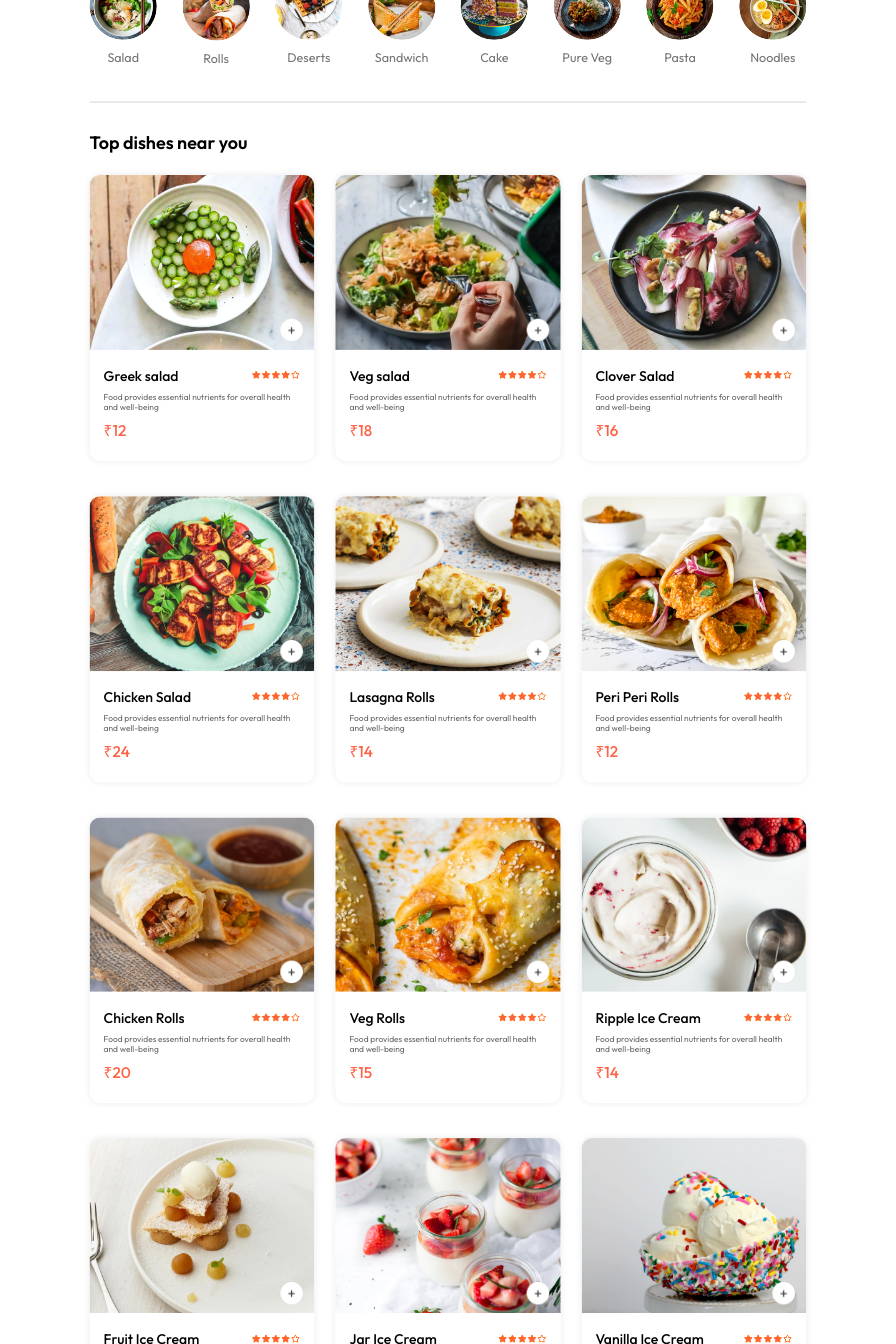
Repository: KartikChouhan03/food-delivery-app
Page: / (app in frontend/), after clicking the first element matching `button`
The author's editor kept a copy of each file at every save. The page is drawn from the files as they stood at one save, then again after the next save.
The browser window is 1280 px wide. The pictures show the part of the page from y = 777 to 2697 px (the page is 6025 px tall before and 1027 px after), at 70% of full size.
Some web fonts or font styles are not loaded; a fallback is used. The project was rebuilt for these pictures with package versions that can differ from the ones it lists, and the page was loaded fresh each time. Also part of the build but not shown: frontend/vite.config.js, frontend/src/pages/Cart/Cart.css, frontend/src/pages/Cart/Cart.jsx, frontend/src/pages/PlaceOrder/PlaceOrder.css, frontend/src/pages/PlaceOrder/PlaceOrder.jsx.

Above is the page before, as saved 2025-08-16 01:07:00.

### frontend/index.html
<!doctype html>
<html lang="en">
  <head>
    <meta charset="UTF-8" />
    <link rel="icon" type="image/svg+xml" href="" />
    <meta name="viewport" content="width=device-width, initial-scale=1.0" />
    <title>Foodify</title>
  </head>
  <body>
    <div id="root"></div>
    <script type="module" src="/src/main.jsx"></script>
  </body>
</html>

### frontend/src/main.jsx
import { createRoot } from 'react-dom/client'
import './index.css'
import App from './App.jsx'
import { BrowserRouter} from 'react-router-dom'
import StoreContextProvider from './context/StoreContext.jsx'


createRoot(document.getElementById('root')).render(
  <BrowserRouter>
    <StoreContextProvider>
      <App />
    </StoreContextProvider>
  </BrowserRouter>


)

### frontend/src/index.css

@import url('https://fonts.googleapis.com/css2?family=Montserrat:ital,wght@0,100..900;1,100..900&family=Outfit:wght@100..900&family=Playfair+Display:ital,wght@0,400..900;1,400..900&display=swap');


*{
  padding: 0;
  margin: 0;
  box-sizing: border-box;
  font-family: Outfit;
}

body{
  min-height: 100vh;
}

a{
  text-decoration: none;
  color: inherit;
}

.app{
  width: 80%;
  margin: auto;
}

@keyframes fadeIn{
  0%{
    opacity: 0;
  }
  100%{
    opacity: 1;
  }
}

### frontend/src/App.jsx
import React from 'react'
import Navbar from './components/Navbar/Navbar'
import { Route, Routes } from 'react-router-dom'
import Home from './pages/Home/Home'
import Cart from './pages/Cart/Cart'
import PlaceOrder from './pages/PlaceOrder/PlaceOrder'


const App = () => {
  return (
    <div className='app'>
      <Navbar/>
      <Routes>
        <Route path="/" element={<Home />} />
        <Route path="/cart" element={<Cart />} />
        <Route path="/order" element={<PlaceOrder/>} />
      </Routes>
    </div>
  )
}

export default App

### frontend/src/context/StoreContext.jsx
import { createContext, useEffect, useState } from "react";
import { food_list } from "../assets/assets";


export const StoreContext = createContext(null)

const StoreContextProvider = (props) =>{

    const [cartItems, setCartItems] = useState({});

    const addToCart =(itemId)=>{
        if(!cartItems[itemId]){
            setCartItems((prev)=>({...prev,[itemId]:1}))
        }
        else{
            setCartItems((prev)=>({...prev,[itemId]:prev[itemId]+1}))
        }
    }

    const removeFromCart =(itemId) =>{
        setCartItems((prev)=>({...prev,[itemId]:prev[itemId]-1}))
    }

    useEffect(()=>{
        console.log(cartItems);
    },[cartItems])


    const contextValue = {
        food_list,
        cartItems,
        setCartItems,
        addToCart,
        removeFromCart,
    }



    return (
        <StoreContext.Provider value ={contextValue}>
            {props.children}
        </StoreContext.Provider>
    )

}

export default StoreContextProvider;

### frontend/src/components/Navbar/Navbar.jsx
import React, { useState } from 'react'
import './Navbar.css'
import {assets} from '../../assets/assets.js'


const Navbar = () => {

  const [menu,setMenu] = useState("home");


  return (
    <div className='navbar'>
      <img className='logo' src={assets.logo} alt="" />
      <ul className='navbar-menu'>
        <li onClick={()=>setMenu("home")} className={menu==="home"?"active":""}>home</li>
        <li onClick={()=>setMenu("menu")} className={menu==="menu"?"active":""}>menu</li>
        <li onClick={()=>setMenu("mobile-app")} className={menu==="mobile-app"?"active":""}>mobile-app</li>
        <li onClick={()=>setMenu("contact-us")} className={menu==="contact-us"?"active":""}>contact us</li>
      </ul>
      <div className="navbar-right">
        <img src={assets.search_icon} alt="" />
        <div className='navbar-search-icon'>
          <img src={assets.basket_icon} alt="" />
          <div className='dot'></div>
        </div>
        <button>Sign in</button>
      </div>
    </div>
  )
}

export default Navbar

### frontend/src/pages/Home/Home.jsx
import React, { useState } from 'react'
import './Home.css'
import Header from '../../components/Header/Header'
import ExploreMenu from '../../components/ExploreMenu/ExploreMenu'
import FoodDisplay from '../../components/FoodDisplay/FoodDisplay'

const Home = () => {

    const [category,setCategory] = useState("All");

  return (
    <div>
      <Header/>
      <ExploreMenu category={category} setCategory={setCategory} />
      <FoodDisplay category={category}/>
    </div>
  )
}

export default Home

### frontend/src/components/Navbar/Navbar.css
.navbar{
    padding: 20px 0px;
    display: flex;
    justify-content: space-between;
    align-items: center;
}

.navbar .logo{
    width: 150px;
}

.navbar-menu{
    display: flex;
    list-style: none;
    gap: 20px;
    color: #49557e;
    font-size: 18px;
}

.navbar-right{
    display: flex;
    align-items: center;
    gap: 40px;
}

.navbar button{
    background: transparent;
    font-size: 16px;
    color: #49557e;
    border: 1px solid tomato;
    padding: 10px 30px;
    border-radius: 50px;
    cursor: pointer;
    transition: 0.4s;
}

.navbar button:hover{
    background-color: #fff4f2;
}

.navbar .active{
    padding-bottom: 2px;
    border-bottom: 2px solid #49557e;
}

.navbar li{
    cursor: pointer;
}

.navbar-search-icon {
    position: relative;
}

.navbar-search-icon .dot{
    position: absolute;
    min-width: 10px;
    min-height: 10px;
    background-color: tomato;
    border-radius:5px ;
    top: -8px;
    right: -8px;
}

### frontend/src/components/Header/Header.jsx
import React from 'react'
import './Header.css'

const Header = () => {
  return (
    <div className='header'>
      <div className="header-contents">
        <h2>Order your favourite food here</h2>
        <p>Choose from a diverse menu featuring a delectable array of dishes crafted with the finest ingredients and culinary expertise. Our mission is to statisfy your craving and elevate your dining experience, one delicious meal at a time.</p>
        <button>View Menu</button>
      </div>
    </div>
  )
}

export default Header

### frontend/src/components/ExploreMenu/ExploreMenu.jsx
import React from 'react'
import './ExploreMenu.css'
import { menu_list } from '../../assets/assets.js'


const ExploreMenu = ({category,setCategory}) => {
  return (
    <div className='explore-menu' id='explore-menu'>
      <h1>Explore our menu</h1>
      <p className='explore-menu-text'>Choose from a diverse menu featuring a delectable array of dishes crafted with the finest ingredients and culinary expertise. Our mission is to statisfy your craving and elevate your dining experience, one delicious meal at a time. </p>
      <div className='explore-menu-list'>
        {menu_list.map((item, index)=>{
            return(
                <div onClick={()=>setCategory(prev=>prev===item.menu_name?"All":item.menu_name)} key={index} className="explore-menu-list-item">
                    <img className={category===item.menu_name?"active":""} src={item.menu_image} alt="" />
                    <p>{item.menu_name}</p>
                </div>
            )
        })}
      </div>
      <hr />
    </div>
  )
}

export default ExploreMenu

### frontend/src/components/FoodDisplay/FoodDisplay.jsx
import React, { useContext } from 'react'
import './FoodDisplay.css'
import { StoreContext } from '../../context/StoreContext'
import FoodItem from '../FoodItem/FoodItem'


const FoodDisplay = (category) => {

    const {food_list} = useContext(StoreContext)

  return (
    <div className='food-display' id='food-display'>
       <h2>Top dishes near you</h2>
       <div className="food-display-list">
        {food_list.map((item,index)=>{
          if(category="All" || category===item.category){
            return <FoodItem key={index} id={item._id} name={item.name} description={item.description} price= {item.price} image={item.image}/>
          }
        })}
       </div>
    </div>
  )
}

export default FoodDisplay

### frontend/src/components/Header/Header.css
.header{
    height: 34vw;
    margin: 30px auto;
    background:url('./header_img.png') no-repeat ;
    background-size: contain;
    position: relative;
}

.header-contents{
    position: absolute;
    display: flex;
    flex-direction: column;
    align-items: start;
    gap: 1.5vw;
    max-width: 50%;
    bottom: 10%;
    left: 6vw;
    animation:fadeIn 3s;
}

.header-contents h2{
    font-weight: 500;
    color:white;
    font-size: max(4.5vw, 22px) ;

}

.header-contents p{
    color: white;
    font-size: 1vw;
}

.header-contents button{
    border: none;
    color: #747474;
    font-weight: 500;
    padding: 1vw 2.3vw;
    background-color: white;
    font-size: max(1vw,13px);
    border-radius:50px ;
}

### frontend/src/components/ExploreMenu/ExploreMenu.css
.explore-menu{
    display: flex;
    flex-direction: column ;
    gap: 20px;
}

.explore-menu h1{
    color: #262626;
    font-weight: 500;
}

.explore-menu-text{
    max-width: 60%;
    columns: #808080;
}

.explore-menu-list{
    display: flex;
    justify-content: space-between;
    align-items: center;
    gap: 30px;
    text-align: center;
    margin: 20px 0px;
    overflow: scroll;
}

.explore-menu-list::-webkit-scrollbar{
    display: none;
}

.explore-menu-list-item img{
    width: 7.5vw;
    min-width: 80px;
    cursor: pointer;
    border-radius: 50%;
    transition: 0.3s;
}

.explore-menu-list-item p {
    margin-top: 10px;
    color: #747474;
    font-size: max(1.4vw,16px);
    cursor: pointer;
}

.explore-menu hr{
    margin: 10px 0px;
    height: 2px;
    background-color: #e2e2e2;
    border: none;
}

.explore-menu-list-item .active{
    border: 4px solid tomato;
    padding: 32;
}

### frontend/src/components/FoodDisplay/FoodDisplay.css
.food-display{
    margin-top: 30px;
}

.food-display h2{
    font-size: max(2vw,24px);
    font-weight: 600;
}

.food-display-list{
    display: grid;
    grid-template-columns: repeat(auto-fill,minmax(240px,1fr));
    margin-top: 30px;
    gap:30px;
    row-gap: 50px;
}

### frontend/src/components/FoodItem/FoodItem.jsx
import React, { useContext} from 'react'
import './FoodItem.css'
import { assets } from '../../assets/assets'
import { StoreContext } from '../../context/StoreContext'

const FoodItem = ({id, name, price, description, image}) => {


  const {cartItems,addToCart, removeFromCart} = useContext(StoreContext);


  return (
    <div className='food-item'>
      <div className="food-item-img-container">
        <img className="food-item-image" src={image} alt={name} />
        {
          !cartItems[id]
            ? <img className='add' onClick={()=>addToCart(id)} src={assets.add_icon_white}/> :
              <div className='food-item-counter'>
                <img onClick={()=>removeFromCart(id)} src={assets.remove_icon_red} alt="" />
                <p>{cartItems[id]}</p>
                <img onClick={()=>addToCart(id)} src={assets.add_icon_green} alt="" />
              </div>
        }
      </div>
      <div className="food-item-info">
        <div className="food-item-name-rating">
            <p>{name}</p>
            <img src={assets.rating_starts} alt="rating" />
        </div>
        <p className="food-item-desc">{description}</p>
        <p className="food-item-price">₹{price}</p>
      </div>
    </div>
  )
}

export default FoodItem

### frontend/src/components/FoodItem/FoodItem.css
.food-item{
    width: 100%;
    margin: auto;
    border-radius:15px ;
    box-shadow: 0px 0px 10px #00000015;
    transition: 0.3s;
    animation: fadeIn 1s;
}

.food-item-image{
    width: 100%;
    border-radius:15px 15px 0px 0px ;
}

.food-item-info{
    padding: 20px;
}

.food-item-name-rating{
    display: flex;
    justify-content: space-between;
    margin-bottom: 10px;
    align-items: center;
}

.food-item-name-rating p{
    font-size: 20px;
    font-weight: 500;
}

.food-item-name-rating img{
    width: 70px;
}

.food-item-desc{
    color: #676767;
    font-size: 12px;
}

.food-item-price{
    color: tomato;
    font-size: 22px;
    font-weight: 500;
    margin: 10px 0px;
}

.food-item-img-container{
    position: relative;
}

.food-item-img-container .add{
    width: 35px ;
    position: absolute;
    bottom: 15px;
    right: 15px;
    cursor: pointer;
    border-radius: 50%;
}

.food-item-counter{
    position: absolute;
    bottom: 15px;
    right: 15px;
    display: flex;
    align-items: center;
    gap: 10px;
    padding: 6px;
    border-radius:50px ;
    background-color: white;
}

.food-item-counter img{
    width: 30px;
}

Loaded but not shown: frontend/src/assets/assets.js (350 lines, source omitted); frontend/src/pages/Home/Home.css (no stored copy; drawn as an empty file)

After the next save:
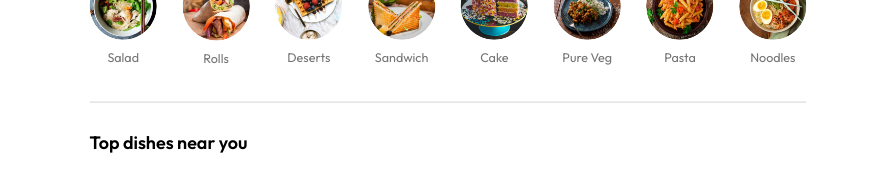
Saved 15 s later.
--- a/frontend/src/components/FoodDisplay/FoodDisplay.jsx
+++ b/frontend/src/components/FoodDisplay/FoodDisplay.jsx
@@ -13,7 +13,7 @@ const FoodDisplay = (category) => {
        <h2>Top dishes near you</h2>
        <div className="food-display-list">
         {food_list.map((item,index)=>{
-          if(category="All" || category===item.category){
+          if(category==="All" || category===item.category){
             return <FoodItem key={index} id={item._id} name={item.name} description={item.description} price= {item.price} image={item.image}/>
           }
         })}

After the save that followed:
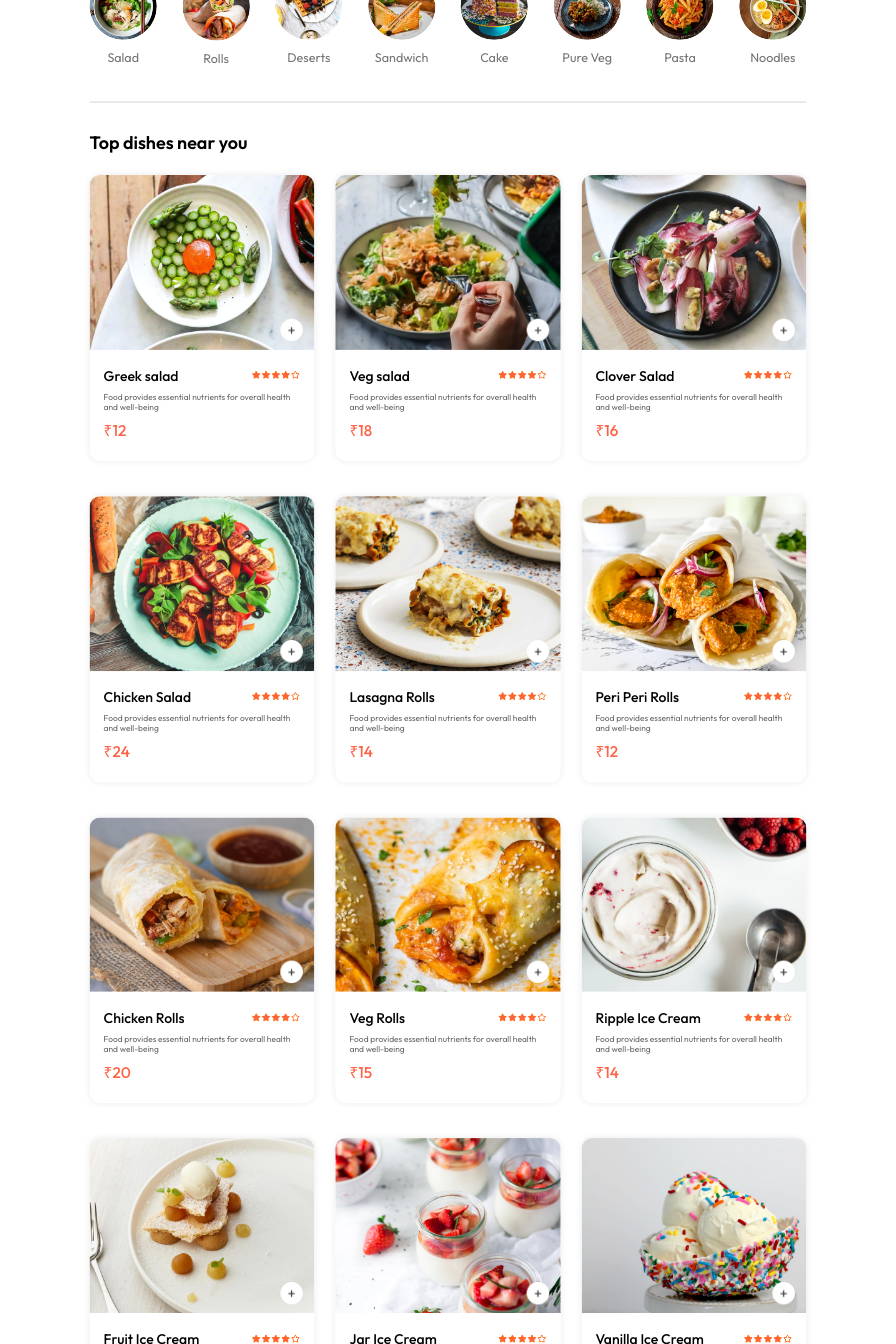
Saved 105 s later.
--- a/frontend/src/components/FoodDisplay/FoodDisplay.jsx
+++ b/frontend/src/components/FoodDisplay/FoodDisplay.jsx
@@ -4,7 +4,7 @@ import { StoreContext } from '../../context/StoreContext'
 import FoodItem from '../FoodItem/FoodItem'
 
 
-const FoodDisplay = (category) => {
+const FoodDisplay = ({category}) => {
 
     const {food_list} = useContext(StoreContext)
 
